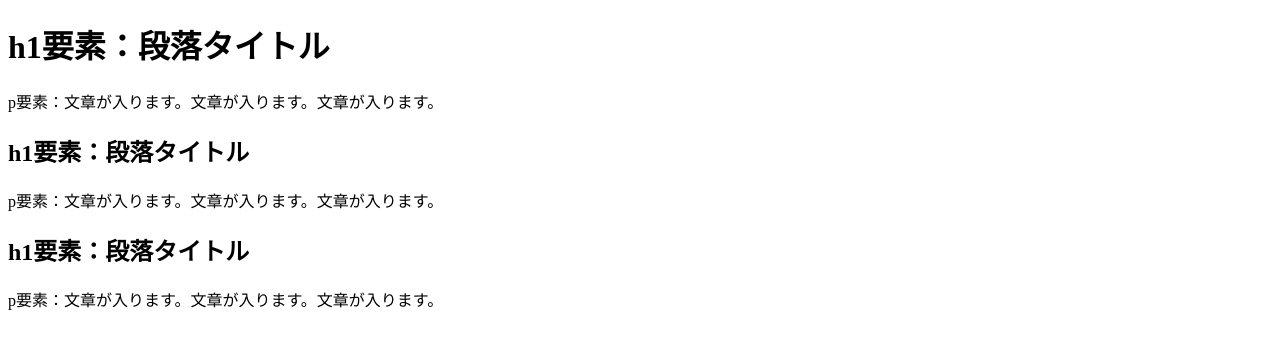
Repository: 0keiji0/samurai_HTML-CSS
Page: index2.html
The author's editor kept a record of every edit. The page is drawn from the files as they stood at one moment, then again after the next edit.
The browser window is 1280 px wide. The pictures show the whole page.

Above is the page before.

### index2.html
<!DOCTYPE html>
<html lang="ja">
<head>
    <meta charset="UTF-8">
    <meta name="viewport" content="width=device-width, initial-scale=1.0">
    <meta http-equiv="X-UA-Compatible" content="ie=edge">
    <title>HTML/CSSの学習</title>
</head>
<body>
<h1>h1要素：段落タイトル</h1>
<p>p要素：文章が入ります。文章が入ります。文章が入ります。</p>
<h2>h1要素：段落タイトル</h2>
<p>p要素：文章が入ります。文章が入ります。文章が入ります。</p>
<h2>h1要素：段落タイトル</h2>
<p>p要素：文章が入ります。文章が入ります。文章が入ります。</p>
</body>
</html>

After the next edit:
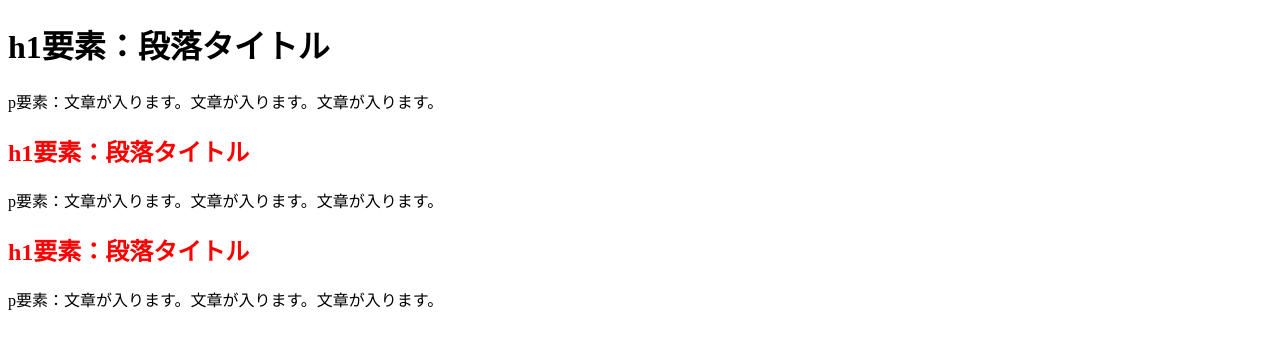
The edit:
--- a/index2.html
+++ b/index2.html
@@ -5,6 +5,13 @@
     <meta name="viewport" content="width=device-width, initial-scale=1.0">
     <meta http-equiv="X-UA-Compatible" content="ie=edge">
     <title>HTML/CSSの学習</title>
+    <style>
+        h2{
+            color: red;
+        }
+    </style>
+
+    </style>
 </head>
 <body>
 <h1>h1要素：段落タイトル</h1>
